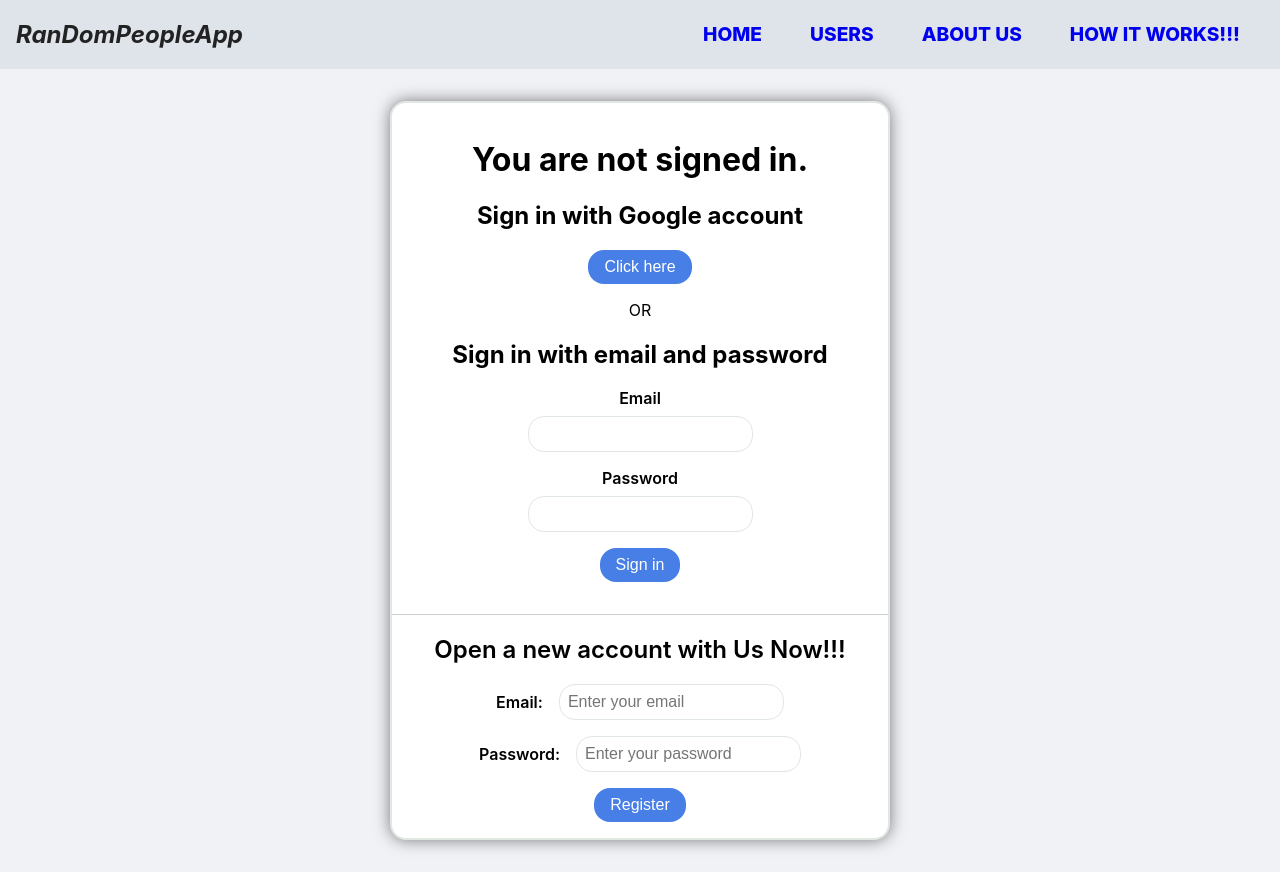
Repository: MikkyPrestige/RandomProfiles
Page: /profile
The author's editor kept a copy of each file at every save. The page is drawn from the files as they stood at one save, then again after the next save.
The browser window is 1280 px wide. The pictures show the whole page.
The page's requests for data from a server got no answer. The project was rebuilt for these pictures with package versions that can differ from the ones it lists, and the page was loaded fresh each time. Some packages were replaced by stand-ins written for this rebuild. No one was signed in, and anything a server would have sent is missing. Also part of the build but not shown: src/assets/styles/home.css, src/components/avatar.jsx, src/components/home.jsx, src/assets/styles/users.css, src/components/users.jsx, src/assets/styles/search.css, src/components/search.jsx, src/assets/styles/help.css and 6 more.

Above is the page before, as saved 2022-11-30 04:15:35.

After the next save:
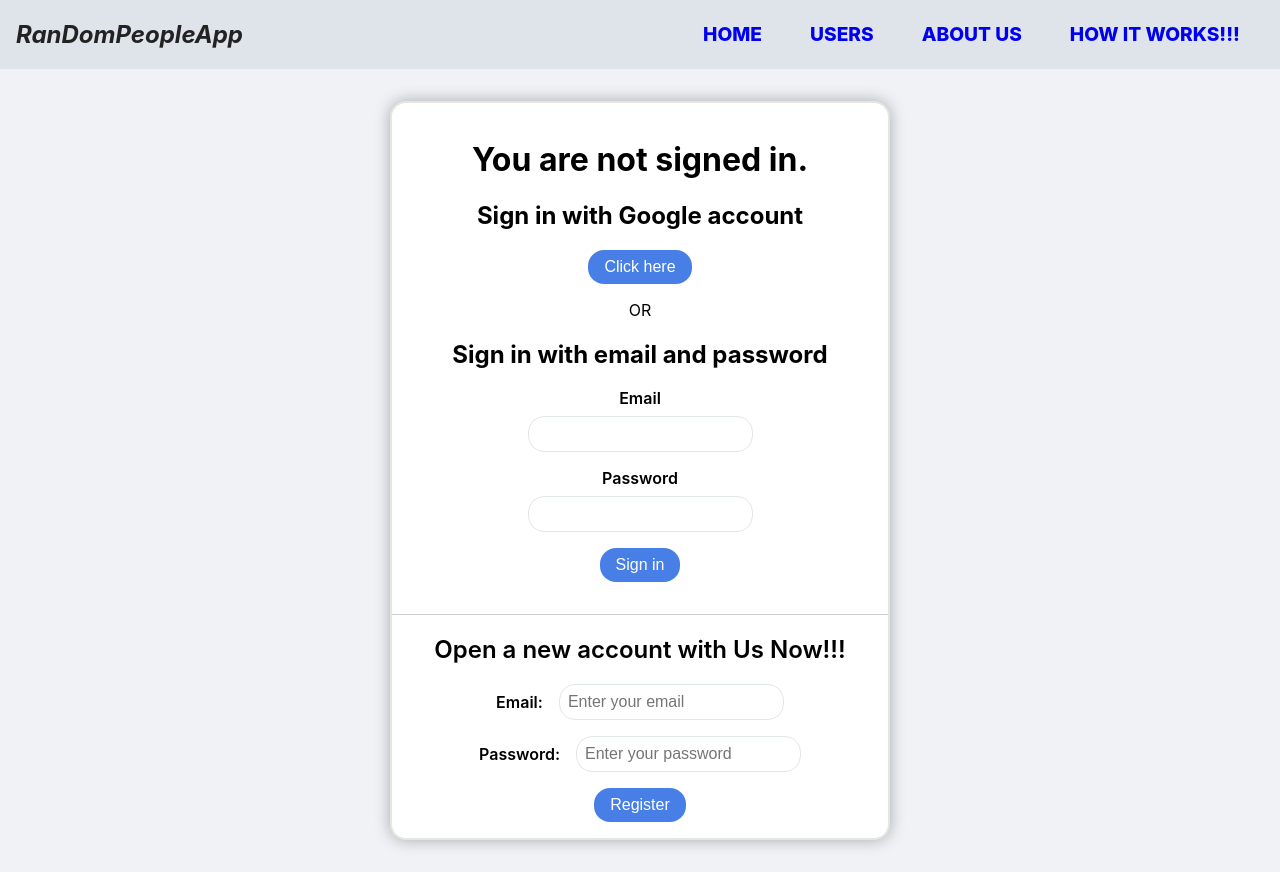
Saved 24 s later.
--- a/src/assets/styles/profile.css
+++ b/src/assets/styles/profile.css
@@ -20,7 +20,7 @@
   background-color: #fff;
   border: 2px solid #e1e8e1;
   border-radius: 1rem;
-  box-shadow: 0 0 1rem rgba(0, 0, 0, 0.5);
+  box-shadow: 0 0 1rem rgba(0, 0, 0, 0.3);
   padding: 1rem 0;
 }
 
